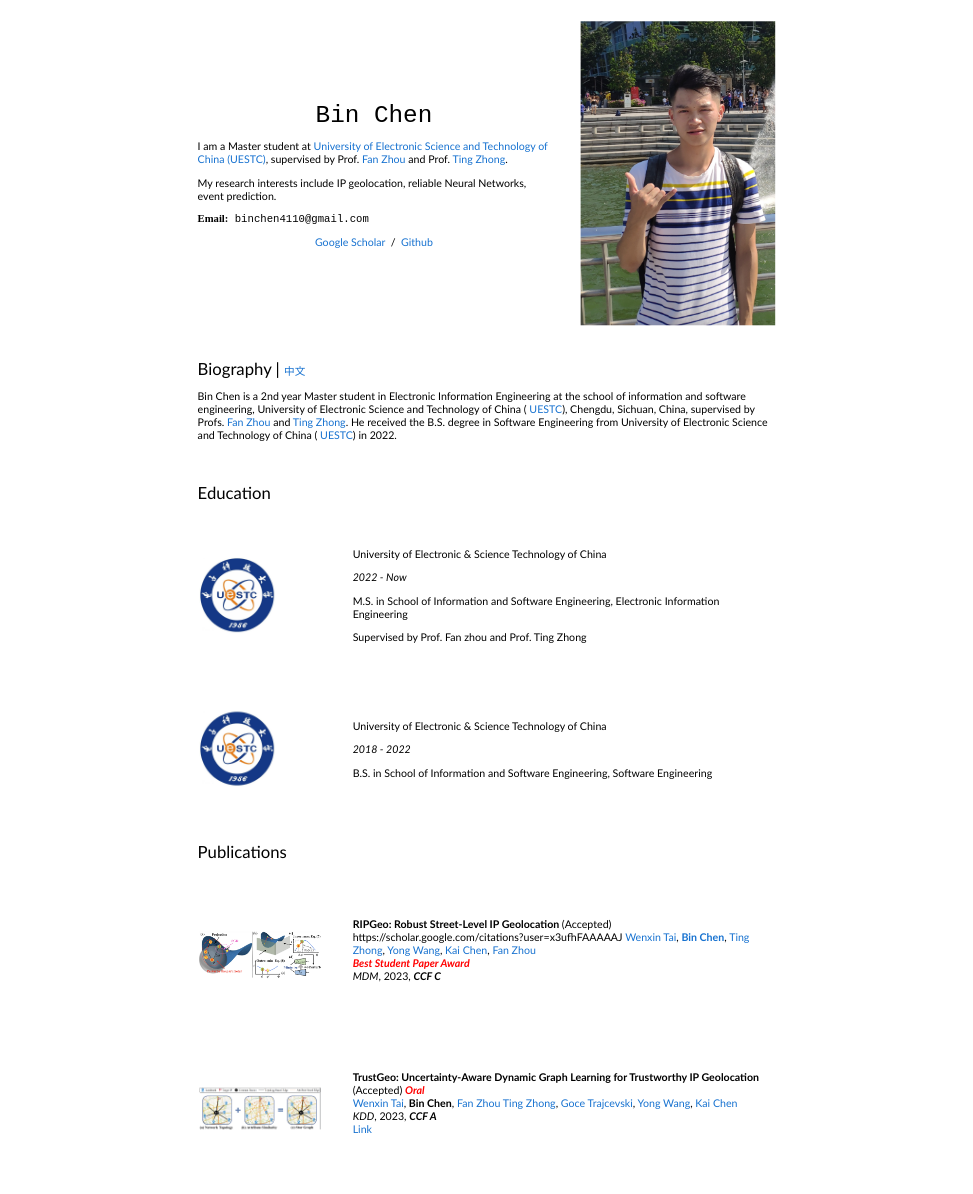
Repository: b1nchen/b1nchen.github.io
Page: index.html
The author's editor kept a copy of each file at every save. The page is drawn from the files as they stood at one save, then again after the next save.
The browser window is 1280 px wide. The pictures show the part of the page from y = 0 to 1571 px (the page is 1939 px tall), at 76% of full size.
A picture or video elsewhere on the page could not be fetched, so the positions and the page height are approximate.

Above is the page before, as saved 2023-12-31 08:09:15.

After the next save:
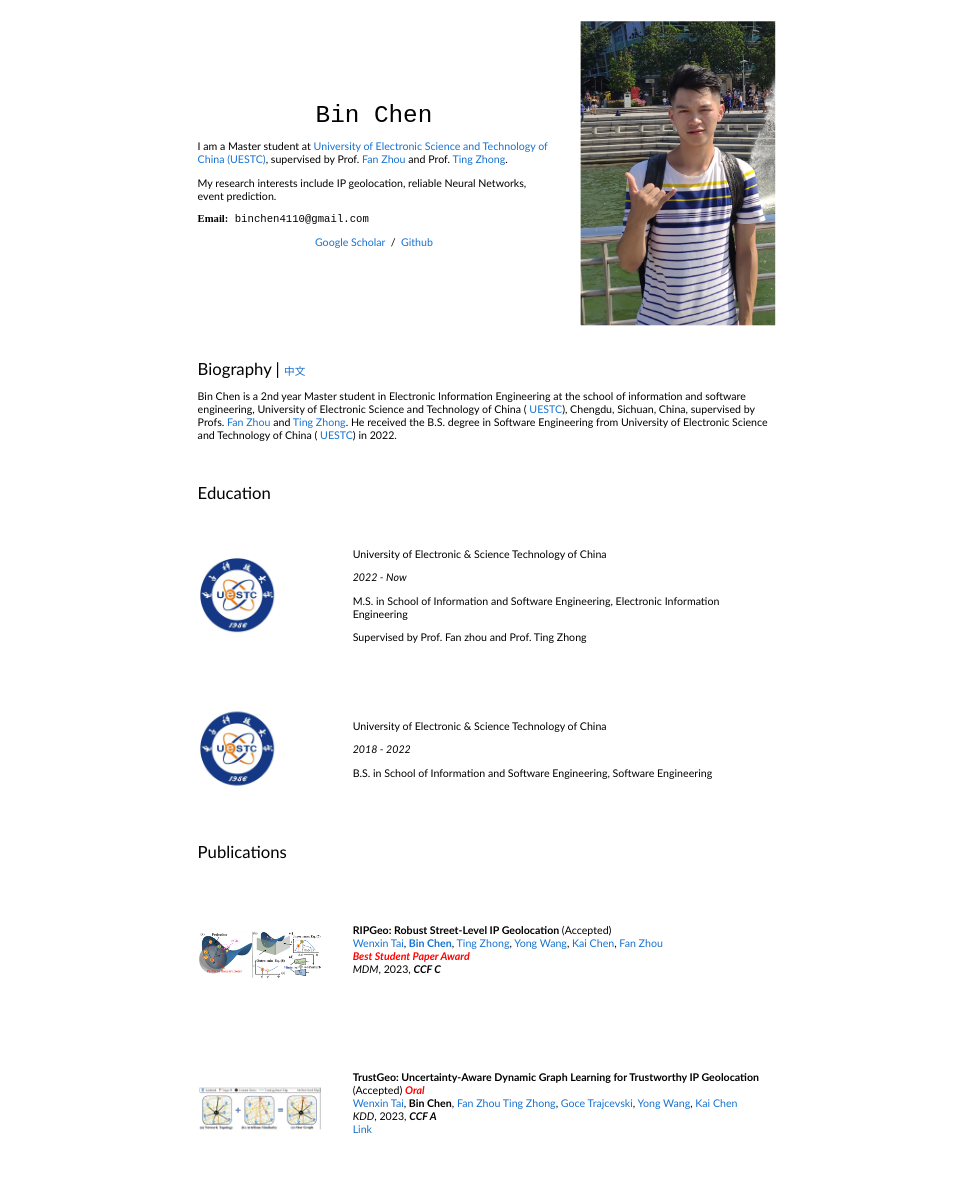
Saved 6 s later.
--- a/index.html
+++ b/index.html
@@ -174,7 +174,7 @@
                   <papertitle>RIPGeo: Robust Street-Level IP Geolocation </papertitle>(Accepted)
 
                   <br>
-                  https://scholar.google.com/citations?user=x3ufhFAAAAAJ
+
                   <a href="https://scholar.google.com/citations?user=YyxocAIAAAAJ">Wenxin Tai</a>,
                   <a href="https://scholar.google.com/citations?user=YyxocAIAAAAJ"><strong>Bin Chen</strong></a>,
                   <a href="https://scholar.google.com/citations?user=Mdr0XDkAAAAJ">Ting Zhong</a>,
